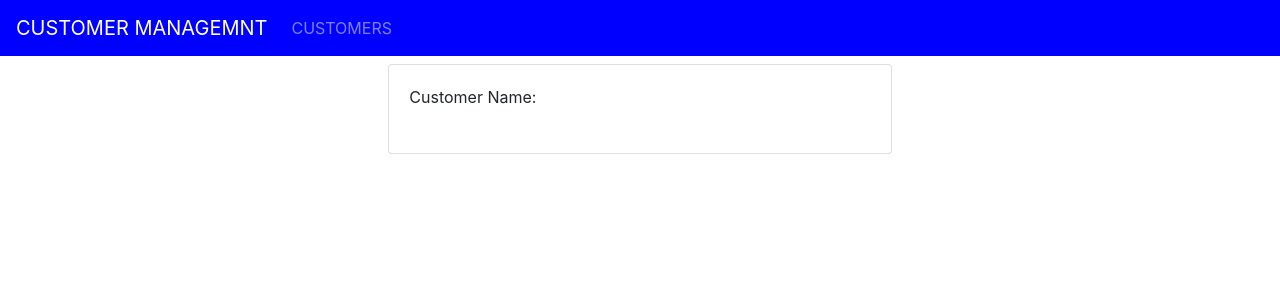
Repository: shruti-2522/webdirekt-assignment
Page: http://localhost/Customer-Project/customer-form.jsp
The author's editor kept a copy of each file at every save. The page is drawn from the files as they stood at one save, then again after a run of saves.
The browser window is 1280 px wide. The pictures show the whole page.
The page is served by Tomcat 9.

Above is the page before, as saved 2021-07-05 10:33:24.

After the next 2 saves:
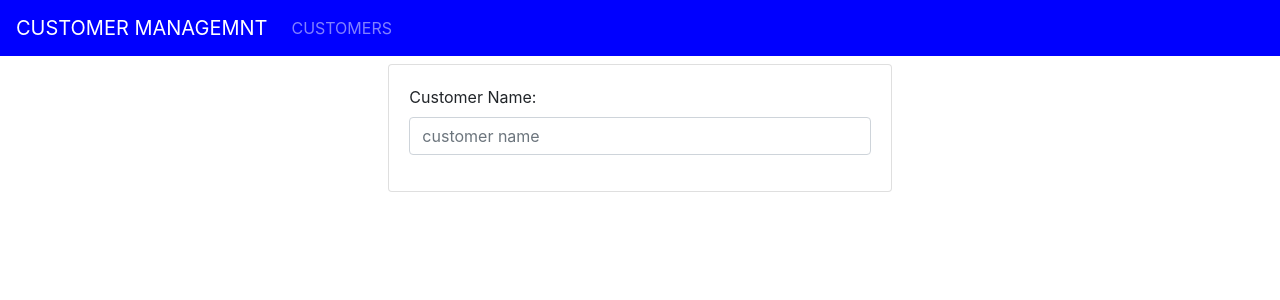
The 2 saves are shown as one change because they came seconds apart.
The last was saved 37 s later.
--- a/Customer-Project/src/main/webapp/customer-form.jsp
+++ b/Customer-Project/src/main/webapp/customer-form.jsp
@@ -29,18 +29,19 @@
 	</header>
 
 	<div class="container col-md-5 mt-2">
-	<div class="card">
-	<div class="card-body">
+		<div class="card">
+			<div class="card-body">
 
-	<fieldset class="form-group">
-	<label>Customer Name:</label>
+				<fieldset class="form-group">
+					<label>Customer Name:</label> <input type="text"
+						class="form-control" placeholder="customer name" required>
 
 
-	</fieldset>
+				</fieldset>
 
-	</div>
+			</div>
 
-	</div>
+		</div>
 	</div>
 
 
